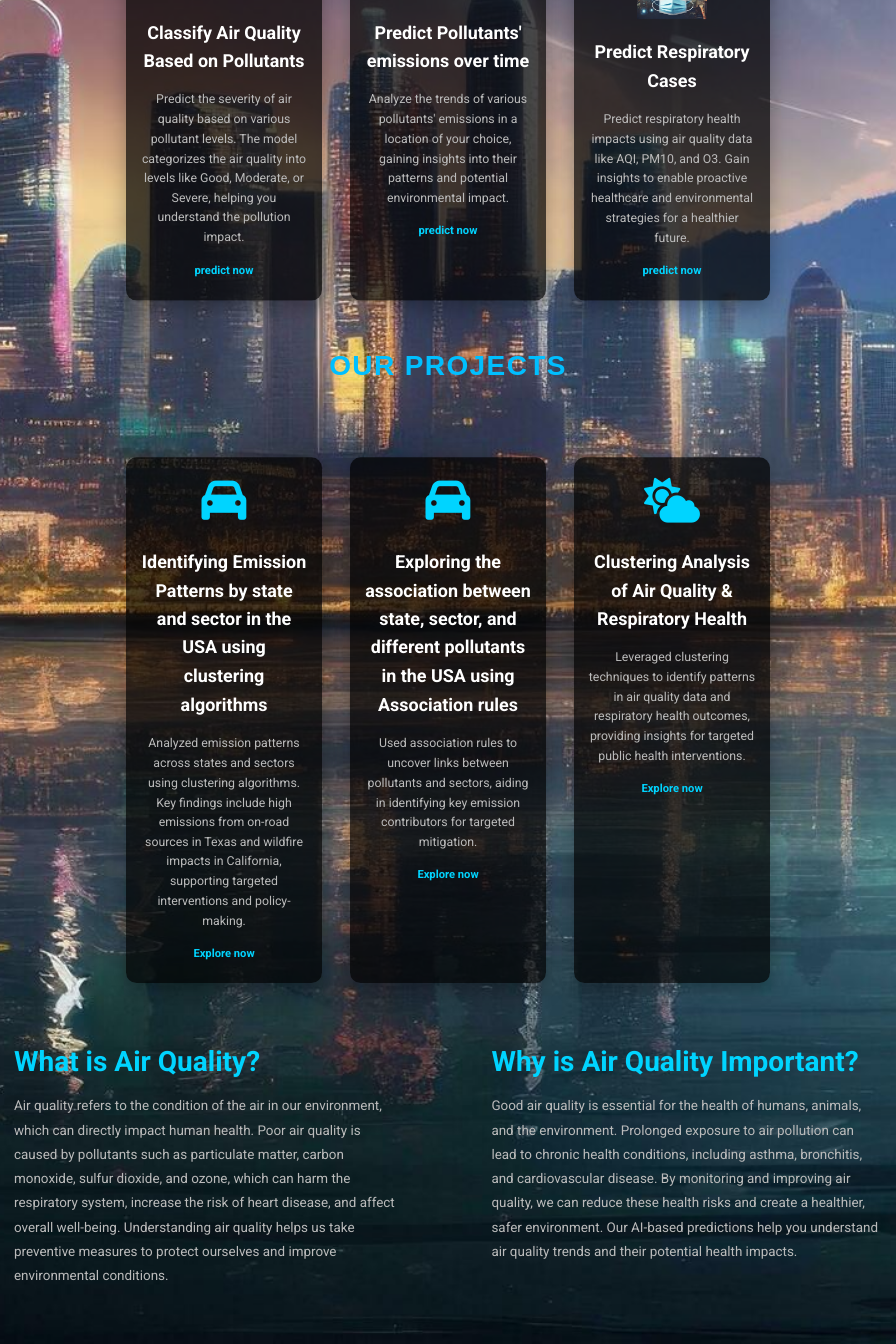
Repository: aminemnif/air-quality
Page: home/templates/home/index.html
The author's editor kept a copy of each file at every save. The page is drawn from the files as they stood at one save, then again after a run of saves.
The browser window is 1280 px wide. The pictures show the part of the page from y = 1566 to 3486 px (the page is 3486 px tall), at 70% of full size.
The template is drawn by Django 5.2. The application's start-up code is not run. Other server files are loaded and not shown. The template is opened directly, without the code that normally fills it, so the values that code supplies are empty.

Above is the page before, as saved 2025-01-11 21:29:46.

### home/templates/home/index.html
{% load static %}

<!DOCTYPE html>
<html lang="en">
<head>
    <meta charset="UTF-8">
    <meta name="viewport" content="width=device-width, initial-scale=1.0">
    <title>AI Air Quality Prediction Hub</title>

    <!-- Fonts and Icons -->
    <link href="https://fonts.googleapis.com/css2?family=Roboto:wght@400;700&display=swap" rel="stylesheet">
    <link rel="stylesheet" href="https://cdnjs.cloudflare.com/ajax/libs/font-awesome/6.0.0-beta3/css/all.min.css">

    <!-- External CSS Libraries for Animations and Styling -->
    <link rel="stylesheet" href="https://cdnjs.cloudflare.com/ajax/libs/animate.css/4.1.1/animate.min.css">

    <style>
        /* General Reset */
        * {
            margin: 0;
            padding: 0;
            box-sizing: border-box;
        }

        body {
            font-family: 'Roboto', sans-serif;
            color: #333;
            line-height: 1.6;
            min-height: 100vh;
            display: flex;
            flex-direction: column;
            background: url("{% static 'futuristic-cityscapes-with-neon-lights-and-cyberpunk-vibes-free-photo.jpg' %}") no-repeat center center;
            background-size: cover; /* Ensure the image covers the entire background */
            background-position: center center; /* Centers the image */
        }

        /* Navigation Bar */
        nav {
            position: sticky;
            top: 0;
            background: rgba(0, 0, 0, 0.6);
            display: flex;
            justify-content: space-between;
            align-items: center;
            padding: 15px 30px;
            z-index: 1000;
            box-shadow: 0 4px 8px rgba(0, 0, 0, 0.1);
        }

        nav .logo {
            font-size: 2em;
            font-weight: bold;
            color: #00d4ff;
            text-shadow: 0 0 10px rgba(0, 212, 255, 0.7);
        }

        nav ul {
            list-style: none;
            display: flex;
        }

        nav ul li {
            margin: 0 20px;
        }

        nav ul li a {
            text-decoration: none;
            color: #00d4ff;
            font-size: 1.2em;
            font-weight: 600;
            letter-spacing: 1px;
            transition: color 0.3s ease;
        }

        nav ul li a:hover {
            color: #00a0cc;
        }

        /* Hero Section */
        .hero {
            text-align: center;
            padding: 120px 20px;
            background: rgba(0, 0, 0, 0.7);
            border-radius: 20px;
            margin: 40px 0;
            box-shadow: 0 10px 30px rgba(0, 0, 0, 0.3);
            max-width: 900px;
            margin-left: auto;
            margin-right: auto;
            animation: fadeInUp 1.5s ease-out;
        }

        .hero h1 {
            font-size: 4.5em;
            color: #00d4ff;
            text-shadow: 0 0 15px rgba(0, 212, 255, 0.7);
            margin-bottom: 20px;
        }

        .hero p {
            font-size: 1.4em;
            margin: 20px 0;
            color: #bbb;
            line-height: 1.6;
        }

        .hero .cta-button {
            display: inline-block;
            padding: 18px 35px;
            font-size: 1.4em;
            color: #fff;
            background: #00d4ff;
            border: none;
            border-radius: 50px;
            text-transform: uppercase;
            cursor: pointer;
            text-decoration: none;
            box-shadow: 0 8px 15px rgba(0, 212, 255, 0.5);
            transition: all 0.3s ease-in-out;
        }

        .hero .cta-button:hover {
            background: #0097b8;
            box-shadow: 0 10px 25px rgba(0, 151, 184, 0.4);
        }

        /* Section Links */
        .sections {
            display: flex;
            justify-content: center;
            margin-top: 60px;
            flex-wrap: wrap;
        }

        .section-card {
            background: rgba(0, 0, 0, 0.7);
            border-radius: 15px;
            margin: 20px;
            padding: 30px 20px;
            width: 280px;
            text-align: center;
            transition: transform 0.3s ease, box-shadow 0.3s ease, margin-top 0.3s ease;
            box-shadow: 0 10px 30px rgba(0, 0, 0, 0.3);
            cursor: pointer;
        }

        .section-card:hover {
            transform: translateY(-15px);
            box-shadow: 0 15px 35px rgba(0, 0, 0, 0.4);
            margin-top: -10px;
        }

        .section-card i {
            font-size: 4em;
            color: #00d4ff;
            margin-bottom: 15px;
        }

        .section-card h3 {
            margin: 20px 0;
            font-size: 1.6em;
            color: #fff;
        }

        .section-card p {
            color: #bbb;
            font-size: 1.1em;
            margin-bottom: 20px;
        }

        .section-card a {
            text-decoration: none;
            color: #00d4ff;
            font-weight: bold;
            transition: color 0.3s ease;
        }

        .section-card a:hover {
            color: #0097b8;
        }

        /* Two-Column Information Section */
        .info-section {
            display: flex;
            justify-content: space-between;
            margin: 60px 20px;
            flex-wrap: wrap;
        }

        .info-column {
            width: 45%;
            margin-bottom: 20px;
        }

        .info-column h2 {
            color: #00d4ff;
            font-size: 2.5em;
            margin-bottom: 15px;
        }

        .info-column p {
            font-size: 1.2em;
            line-height: 1.8;
            color: #bbb;
        }

        /* Animation Keyframes */
        @keyframes fadeInUp {
            from {
                opacity: 0;
                transform: translateY(30px);
            }
            to {
                opacity: 1;
                transform: translateY(0);
            }
        }
    </style>
</head>
<body>
    <nav>
        <div class="logo">AI Quality Hub</div>
        <ul>
            <li><a href="/">Home</a></li>
            <li><a href="{% url 'predict_co2' %}">CO2 Emission</a></li>
            <li><a href="/disease-prediction">Health Impact</a></li>
            <li><a href="{% url 'predict_RS' %}">Respiratory Cases</a></li>
            <li><a href="/car-model-prediction">Car Models</a></li>
            <li><a href="/suggest-prediction">Suggest</a></li>
        </ul>
    </nav>

    <div class="hero animate__animated animate__fadeInUp">
        <h1>Welcome to the AI Air Quality Prediction Hub</h1>
        <p>Leverage advanced AI models to predict and understand air quality and its impact on your health.</p>
    </div>

    <div style="text-align: center; margin-top: 40px; margin-bottom: 20px;">
        <h2 style="font-family: Arial, sans-serif; font-size: 2.5em; font-weight: bold; color: #00bfff; text-transform: uppercase; letter-spacing: 2px;">
            Our Models
        </h2>
    </div>

    <div class="sections">
        <div class="section-card animate__animated animate__fadeInLeft">
            <i class="fas fa-cloud"></i>
            <h3>CO2 Emission Prediction</h3>
            <p>Predict the amount of CO2 emissions based on vehicle specifications and other contributing factors.</p>
            <a href="{% url 'predict_co2' %}">Predict Now</a>
        </div>
        <div class="section-card animate__animated animate__fadeInUp">
            <i class="fas fa-stethoscope"></i>
            <h3>Health Impact Analysis</h3>
            <p>Analyze the potential health impacts of poor air quality and discover preventive measures.</p>
            <a href="/disease-prediction">predict now</a>
        </div>
        <div class="section-card animate__animated animate__fadeInRight">
            <i class="fas fa-car"></i>
            <h3>Predict pollutants' concentration</h3>
            <p>Empowering Environmental Decisions with Accurate Forecasts for Cleaner, Healthier Communities</p>
            <a href="{% url 'regression_concentration' %}">predict now</a>
        </div>
        <div class="section-card animate__animated animate__fadeInRight">
            <i class="fas fa-car"></i>
            <h3>Predict Air Quality Index (AQI)</h3>
            <p>Predict the Air Quality Index (AQI) for a city based on pollutant levels. Gain insights into the current air quality and its potential impact on health and the environment.</p>
            <a href="{% url 'predict_test_form' %}">predict now</a>
        </div>

        <div class="section-card animate__animated animate__fadeInRight">
            <i class="fas fa-car"></i>
            <h3>Classify Air Quality Based on Pollutants</h3>
            <p>Predict the severity of air quality based on various pollutant levels. The model categorizes the air quality into levels like Good, Moderate, or Severe, helping you understand the pollution impact.</p>
            <a href="{% url 'classify_aqi_bucket' %}">predict now</a>
        </div>


        <div class="section-card animate__animated animate__fadeInRight">
            <i class="fas fa-car"></i>
            <h3>Predict Pollutants' emissions over time</h3>
            <p>Analyze the trends of various pollutants' emissions in a location of your choice, gaining insights into their patterns and potential environmental impact.</p>
            <a href="{% url 'prediction_form' %}">predict now</a>
        </div>

        <div class="section-card animate__animated animate__fadeInRight">
            <img src="{% static 'RS.webp' %}" alt="" style="width: 100px; height: auto;">


            <h3>Predict Respiratory Cases</h3>
            <p>
                Predict respiratory health impacts using air quality data like AQI, PM10, and O3.
                Gain insights to enable proactive healthcare and environmental strategies for a healthier future.
            </p>
            <a href="{% url 'predict_RS' %}">predict now</a>
        </div>
    </div>

    <div style="text-align: center; margin-top: 40px; margin-bottom: 20px;">
        <h2 style="font-family: Arial, sans-serif; font-size: 2.5em; font-weight: bold; color: #00bfff; text-transform: uppercase; letter-spacing: 2px;">
            Our Projects
        </h2>
    </div>

    <div class="sections">
        <div class="section-card animate__animated animate__fadeInRight">
            <i class="fas fa-car"></i>
            <h3>Identifying Emission Patterns by state and sector in the USA using clustering algorithms</h3>
            <p>Analyzed emission patterns across states and sectors using clustering algorithms. Key findings include high emissions from on-road sources in Texas and wildfire impacts in California, supporting targeted interventions and policy-making.</p>
            <a href="{% url 'clustering_detail' %}">Explore now</a>

        </div>

        <div class="section-card animate__animated animate__fadeInRight">
            <i class="fas fa-car"></i>
            <h3>Exploring the association between state, sector, and different pollutants in the USA using Association rules </h3>
            <p>Used association rules to uncover links between pollutants and sectors, aiding in identifying key emission contributors for targeted mitigation.</p>
            <a href="{% url 'association_detail' %}">Explore now</a>
        </div>


        <div class="section-card animate__animated animate__fadeInRight">
            <i class="fas fa-cloud-sun"></i>
            <h3>Clustering Analysis of Air Quality & Respiratory Health</h3>
            <p>Leveraged clustering techniques to identify patterns in air quality data and respiratory health outcomes, providing insights for targeted public health interventions.</p>
            <a href="{% url 'clustering_RS' %}">Explore now</a>
        </div>

        </div>
    </div>

    <div class="info-section">
        <div class="info-column animate__animated animate__fadeInLeft">
            <h2>What is Air Quality?</h2>
            <p>Air quality refers to the condition of the air in our environment, which can directly impact human health. Poor air quality is caused by pollutants such as particulate matter, carbon monoxide, sulfur dioxide, and ozone, which can harm the respiratory system, increase the risk of heart disease, and affect overall well-being. Understanding air quality helps us take preventive measures to protect ourselves and improve environmental conditions.</p>
        </div>
        <div class="info-column animate__animated animate__fadeInRight">
            <h2>Why is Air Quality Important?</h2>
            <p>Good air quality is essential for the health of humans, animals, and the environment. Prolonged exposure to air pollution can lead to chronic health conditions, including asthma, bronchitis, and cardiovascular disease. By monitoring and improving air quality, we can reduce these health risks and create a healthier, safer environment. Our AI-based predictions help you understand air quality trends and their potential health impacts.</p>
        </div>
    </div>
</body>
</html>

After the next 2 saves:
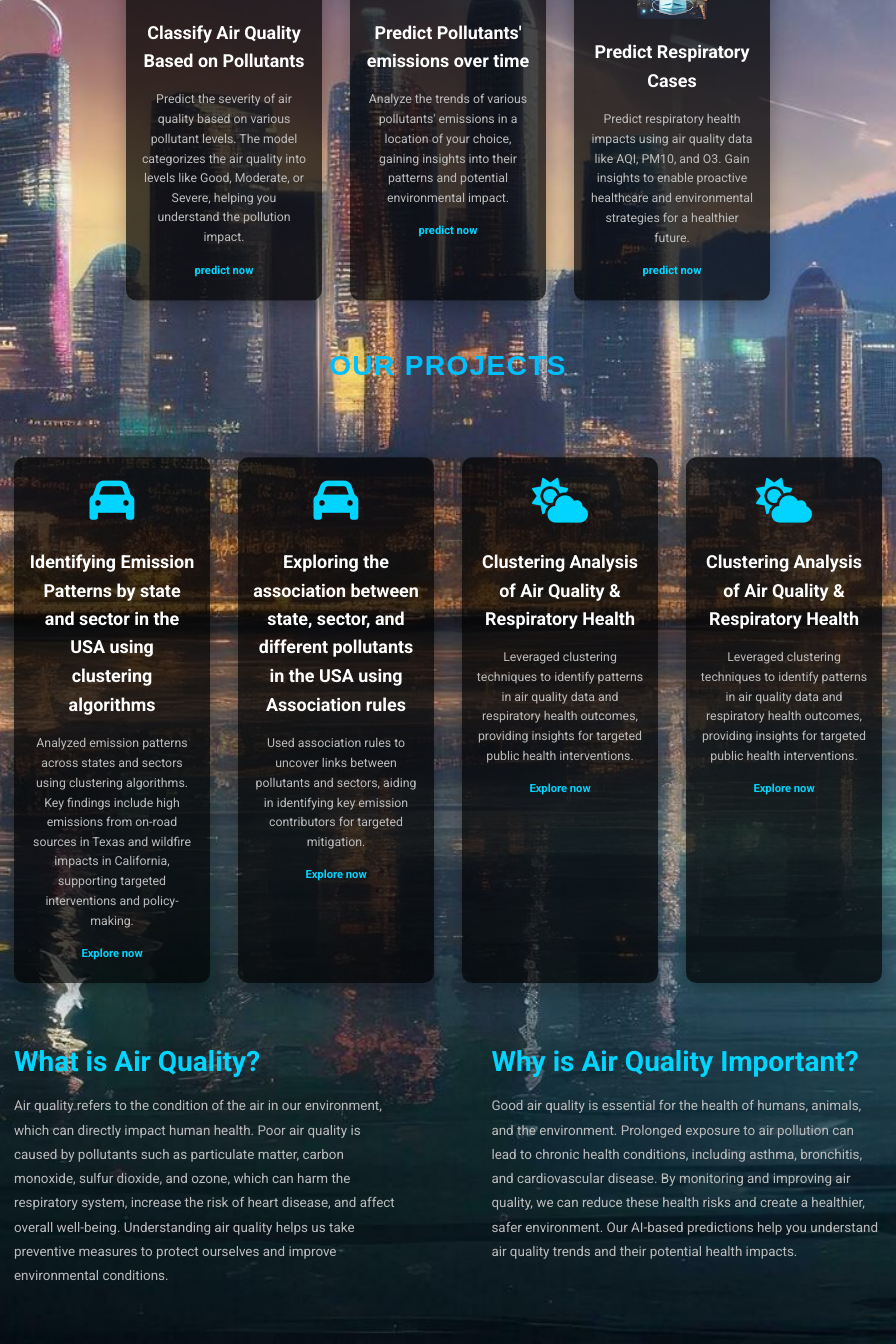
The 2 saves are shown as one change because they came seconds apart.
The last was saved 15 s later.
--- a/home/templates/home/index.html
+++ b/home/templates/home/index.html
@@ -325,6 +325,14 @@
             <a href="{% url 'clustering_RS' %}">Explore now</a>
         </div>
 
+
+        <div class="section-card animate__animated animate__fadeInRight">
+            <i class="fas fa-cloud-sun"></i>
+            <h3>Clustering Analysis of Air Quality & Respiratory Health</h3>
+            <p>Leveraged clustering techniques to identify patterns in air quality data and respiratory health outcomes, providing insights for targeted public health interventions.</p>
+            <a href="{% url 'clustering_RS' %}">Explore now</a>
+        </div>
+
         </div>
     </div>
 
